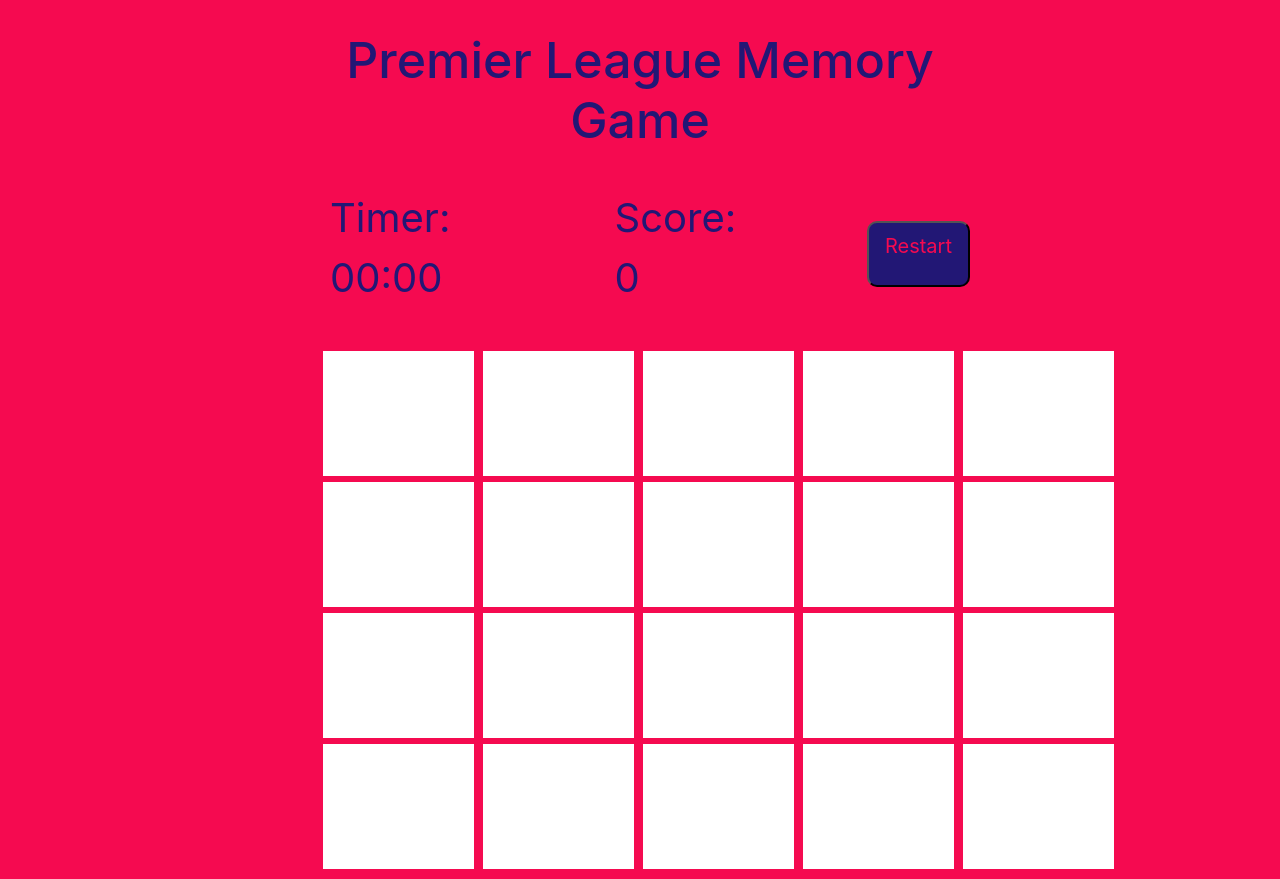
Repository: IchaTreasure/Premier-League-Memory-Game-
Page: index1.html
The author's editor kept a record of every edit. The page is drawn from the files as they stood at one moment, then again after the next edit.
The browser window is 1280 px wide. The pictures show the whole page.
Some web libraries are served in a nearby version.

Above is the page before.

After the next edit:
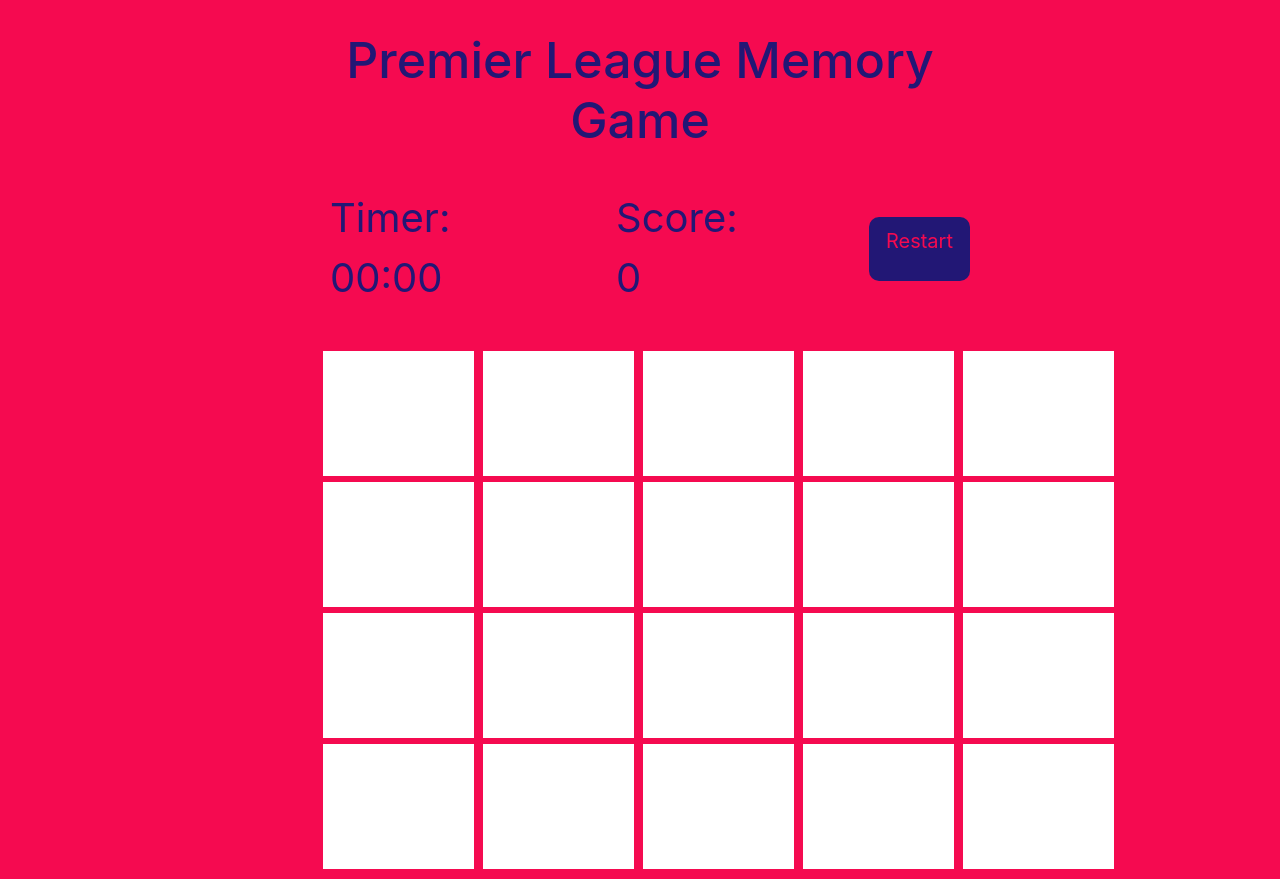
The edit:
--- a/index1.html
+++ b/index1.html
@@ -40,7 +40,7 @@
                 </td>
                 <td style="padding-right: 10px;">
                     <!-- div to reset the game -->
-                    <button id="reset-game" class="btn-lg active">
+                    <button id="reset-game" class="btn btn-lg active">
                    <p style="color: #f50a50;">Restart</p>
                     </button>
                 </td>
